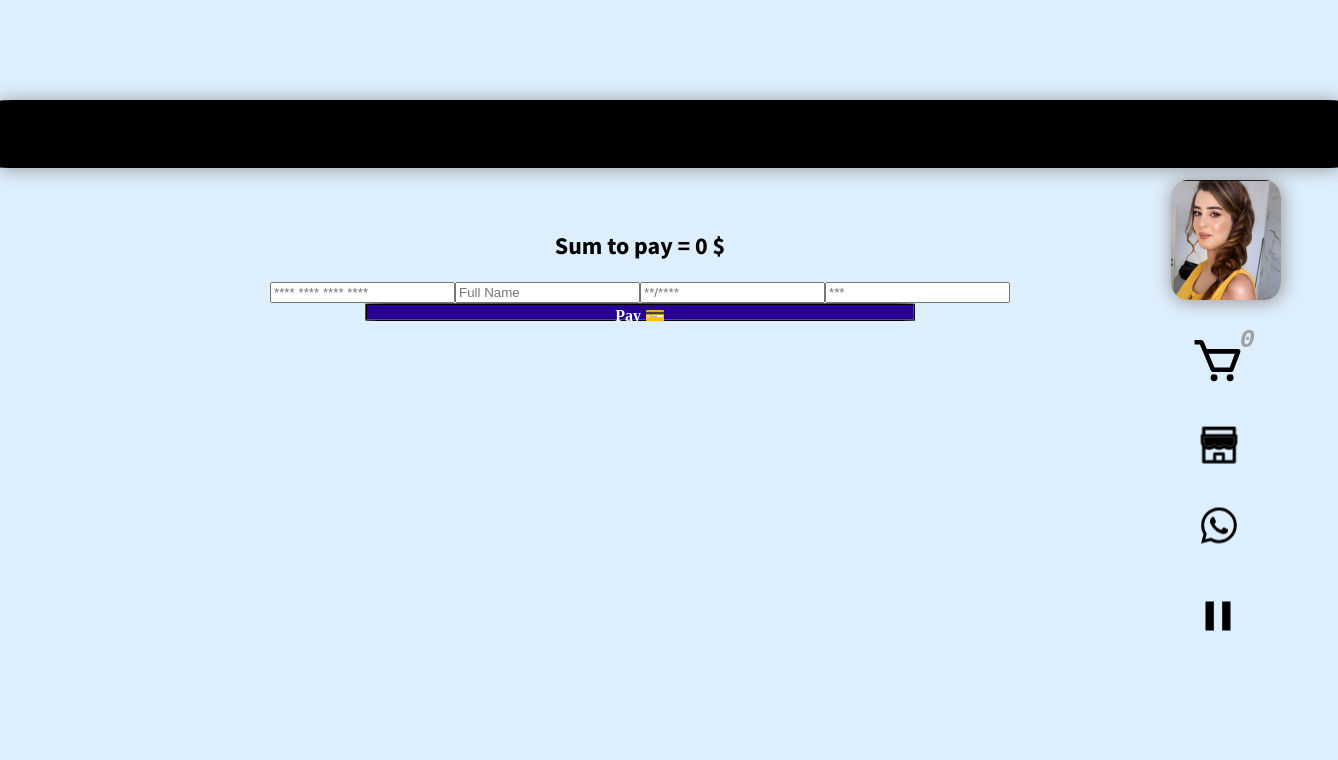
Repository: rehamAbass/BeautyCareShop
Page: /, after clicking the first element matching `svg.cartIcon`
An editor plug-in stored every save of this project. The page is shown before and after the next save, followed by the edit.
The browser window is 1280 px wide. The page is 1338 px wide, so the pictures cover 1338 px, including what lies to the right of the window. The pictures show the whole page.
The page's requests for data from a server got no answer. Some web fonts or font styles are not loaded; a fallback is used. The project was rebuilt for these pictures with package versions that can differ from the ones it lists, and the page was loaded fresh each time. No one was signed in, and anything a server would have sent is missing. Also part of the build but not shown: src/components/allProducts/card-list.css, src/components/allProducts/prod/card.css, src/components/allProducts/prod/card.component.jsx, src/components/search-box/search-box.css, src/components/myCart/cartProduct/cartProduct.css, src/components/myCart/cartProduct/cartProduct.jsx. Imported but missing from the stored project, and not drawn on this page: src/components/header/music/ed.mp3.

Above is the page before, as saved 2022-06-08 17:11:41.

After the next save:
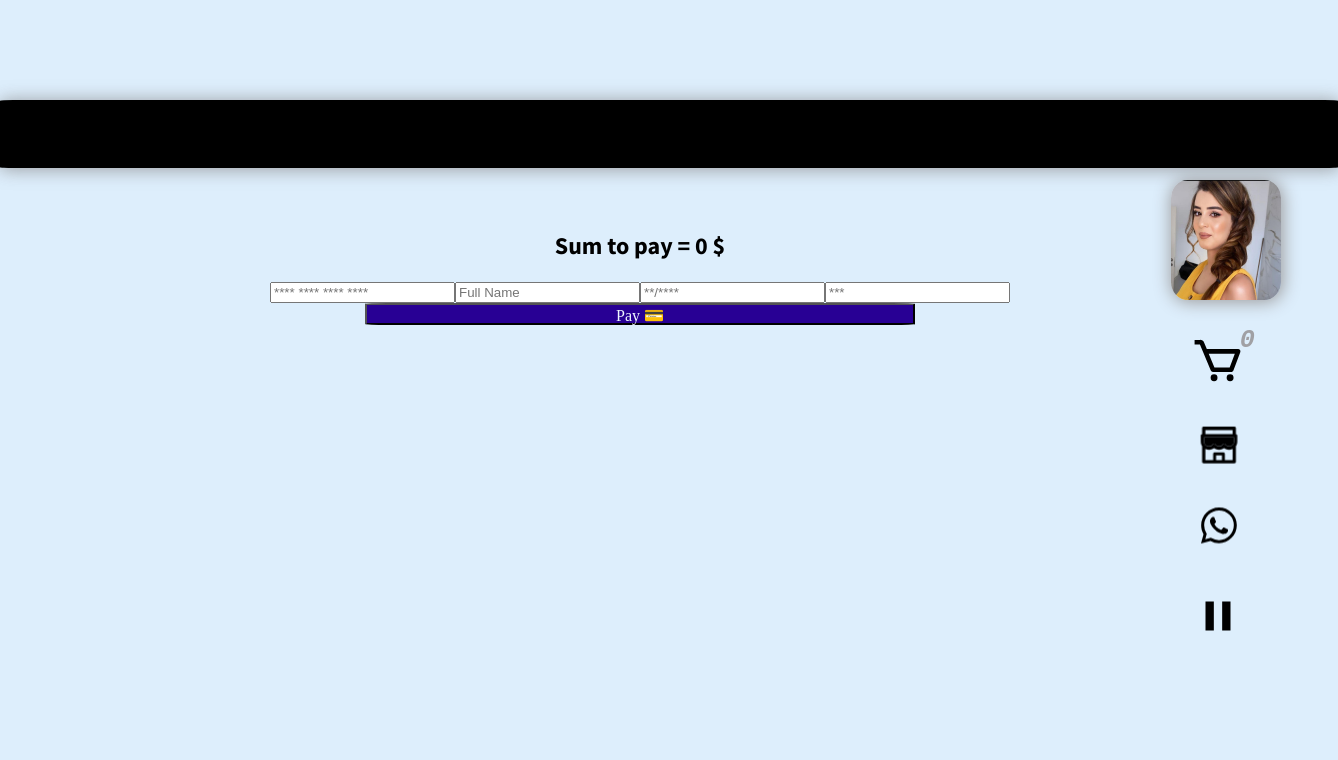
Saved 33 s later.
--- a/src/components/myCart/myCart.css
+++ b/src/components/myCart/myCart.css
@@ -41,15 +41,14 @@
 }
 .payy{
     cursor:pointer;
-    border-style:ridge;
-    border: 20 rgb(0, 0, 0);
+    border: 5  rgb(0, 0, 0);
     width :550px;
-    height:18px;
+    height:22px;
       color:aliceblue;
     background-color:rgb(40, 0, 148);
    font-family:serif;
     font-size:medium;
-    font-weight:600;
+    font-weight:400;
     border-radius:4%;
 }
 
